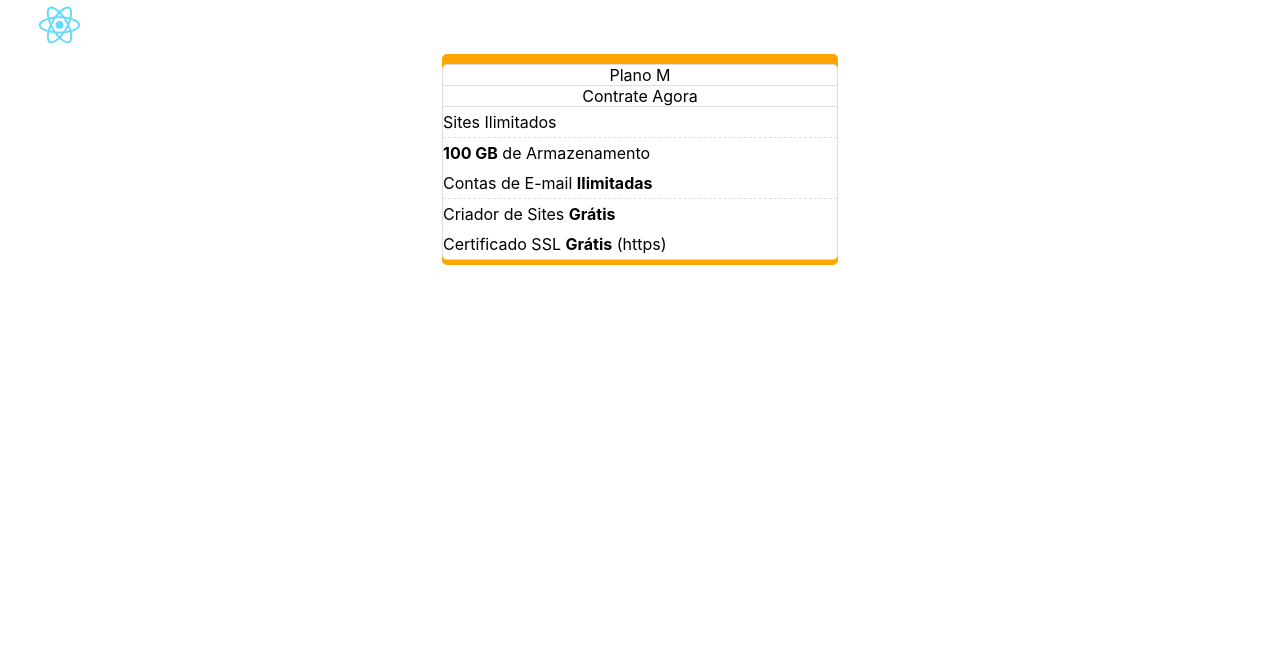
Repository: gatomazi/hostgatorFrontend
Page: /
An editor plug-in stored every save of this project. The page is shown before and after a run of saves, followed by the edit.
The browser window is 1280 px wide. The pictures show the whole page.
The project was rebuilt for these pictures with package versions that can differ from the ones it lists, and the page was loaded fresh each time.

Above is the page before, as saved 2020-01-24 11:23:31.

After the next 2 saves:
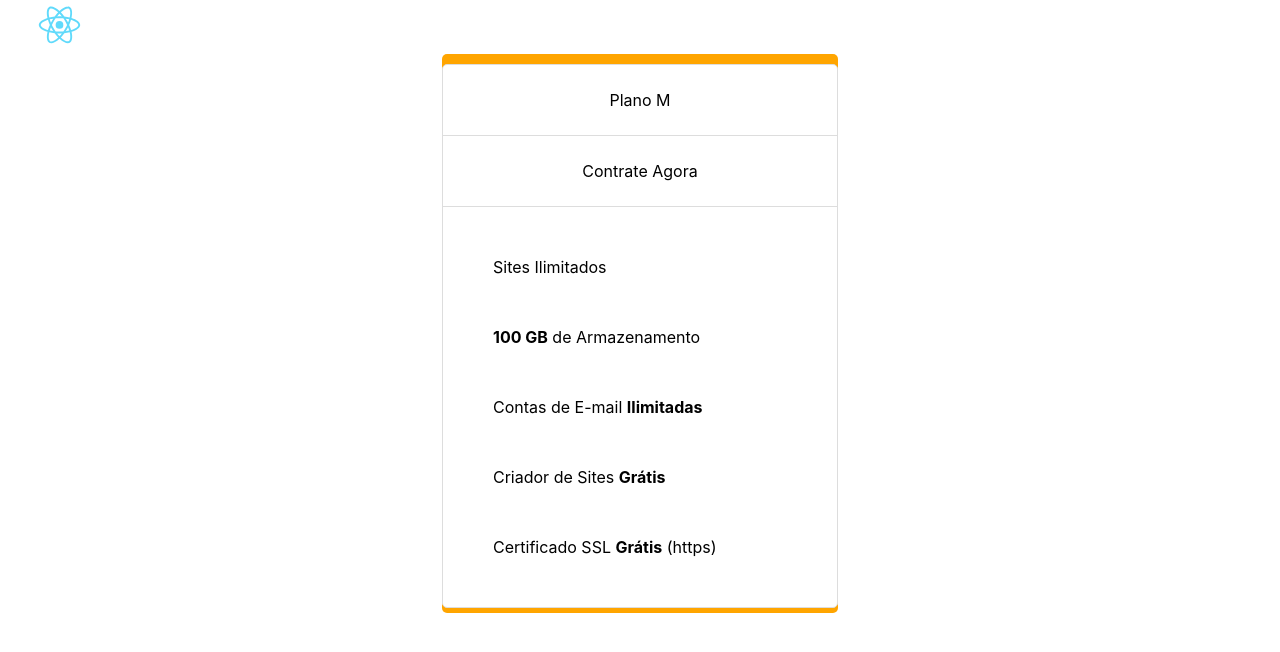
The 2 saves are shown as one change because they came seconds apart.
The last was saved 12 s later.
--- a/src/components/Plano.scss
+++ b/src/components/Plano.scss
@@ -12,16 +12,14 @@
   border: 1px solid #ddd;
   border-radius: 5px;
   div {
-    &:only-child {
-      padding: 25px;
-    }
-    div {
-      padding: 5px 0px;
-      display: block;
-      &:first-child,
-      &:nth-child(3) {
-        border-bottom: dashed 0.8px #ddd;
-      }
+    padding: 25px;
+  }
+  span {
+    padding: 5px 0px;
+    display: block;
+    &:first-child,
+    &:nth-child(3) {
+      border-bottom: dashed 0.8px #ddd;
     }
   }
 }
